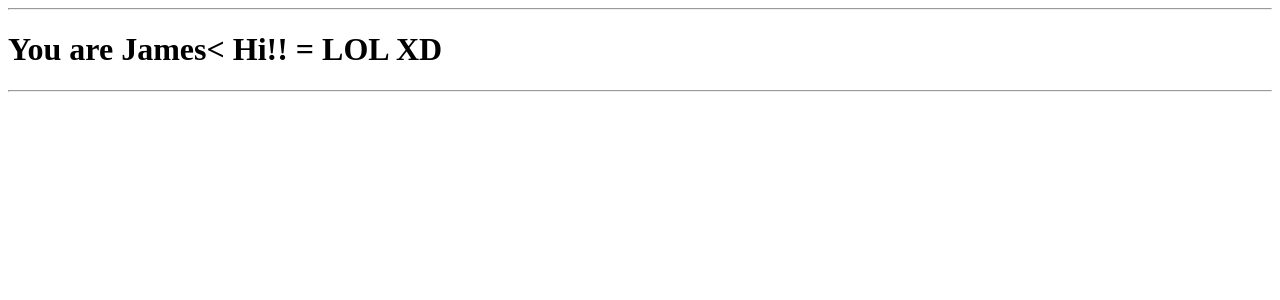
Repository: somnath0796/DeveloperMaterials
Page: http://localhost/DispatcherDemo/S2
An editor plug-in stored every save of this project. The page is shown before and after the next save, followed by the edit.
The browser window is 1280 px wide. The pictures show the whole page.
The page is served by Tomcat 9. Other server files are loaded and not shown.

Above is the page before, as saved 2018-02-01 11:16:44.

### DispatcherDemo/src/com/demo/web/S2.java
package com.demo.web;

import java.io.IOException;
import java.io.PrintWriter;

import javax.servlet.ServletException;
import javax.servlet.http.HttpServlet;
import javax.servlet.http.HttpServletRequest;
import javax.servlet.http.HttpServletResponse;


public class S2 extends HttpServlet {
	private static final long serialVersionUID = 1L;


	protected void doGet(HttpServletRequest request, HttpServletResponse response) throws ServletException, IOException {
		response.setContentType("text/html");
		PrintWriter out = response.getWriter();
		out.println("<hr>");
		out.println("<h1>You are James< Hi!! = LOL XD</h1>");
		out.println("<hr>");

	}

}

After the next save:
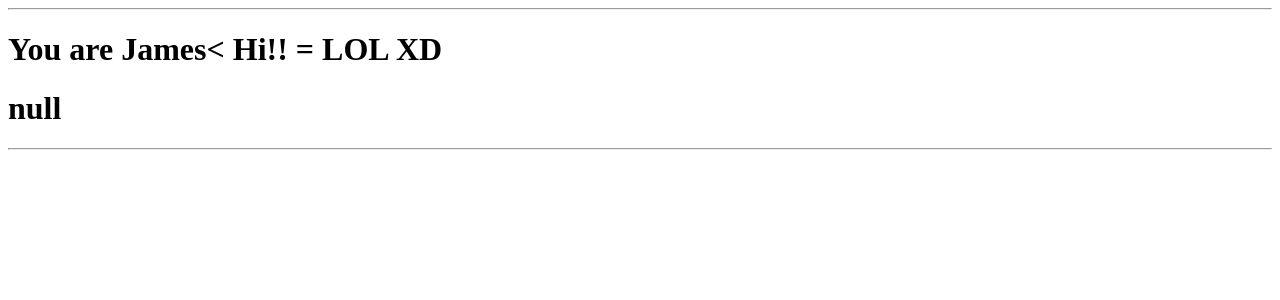
Saved 97 s later.
--- a/DispatcherDemo/src/com/demo/web/S2.java
+++ b/DispatcherDemo/src/com/demo/web/S2.java
@@ -18,6 +18,7 @@ public class S2 extends HttpServlet {
 		PrintWriter out = response.getWriter();
 		out.println("<hr>");
 		out.println("<h1>You are James< Hi!! = LOL XD</h1>");
+		out.println("<h1>"+request.getAttribute("data")+"</h1>");
 		out.println("<hr>");
 
 	}
